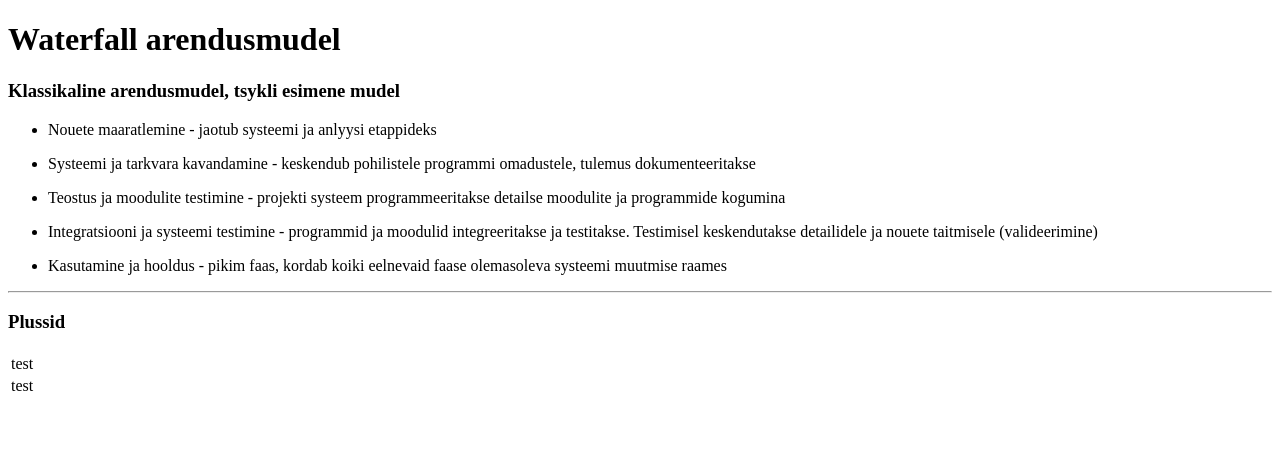
Repository: annemariv/Targe24
Page: elutsykkel/waterfall.html
These files come from the project's save history. The page is drawn as it stood at one moment and after a run of saves; the edit follows.
The browser window is 1280 px wide. The pictures show the whole page.

Above is the page before, as saved 2024-11-06 18:54:04.

After the next 2 saves:
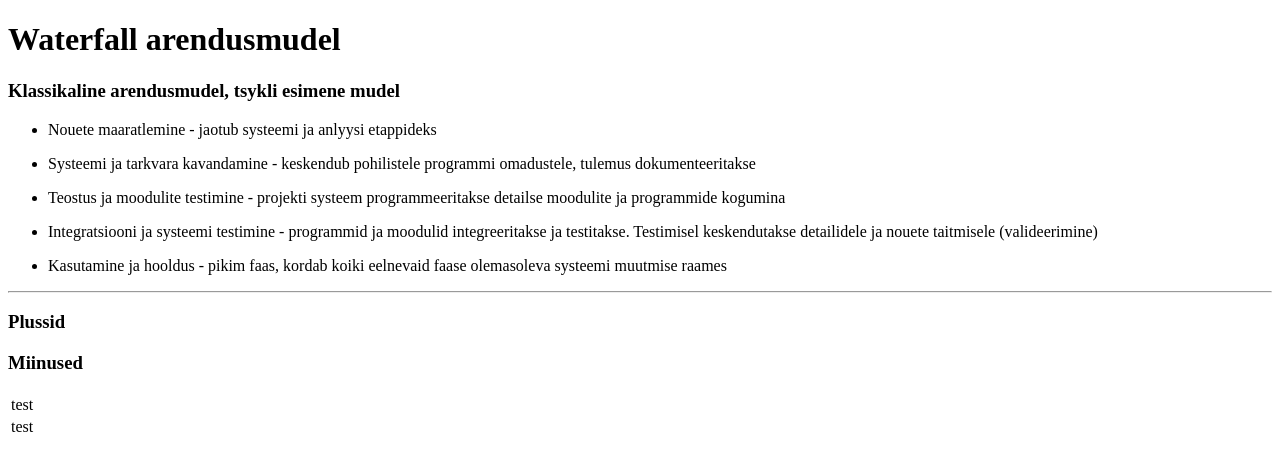
The 2 saves are shown as one change because they came seconds apart.
The last was saved 8 s later.
--- a/elutsykkel/waterfall.html
+++ b/elutsykkel/waterfall.html
@@ -38,7 +38,7 @@
             <td>test</td>
             <td></td>
         </tr>
-        <tr>
+        <tr> <h3>Miinused</h3>
             <td>test</td>
             <td></td>
         </tr>
